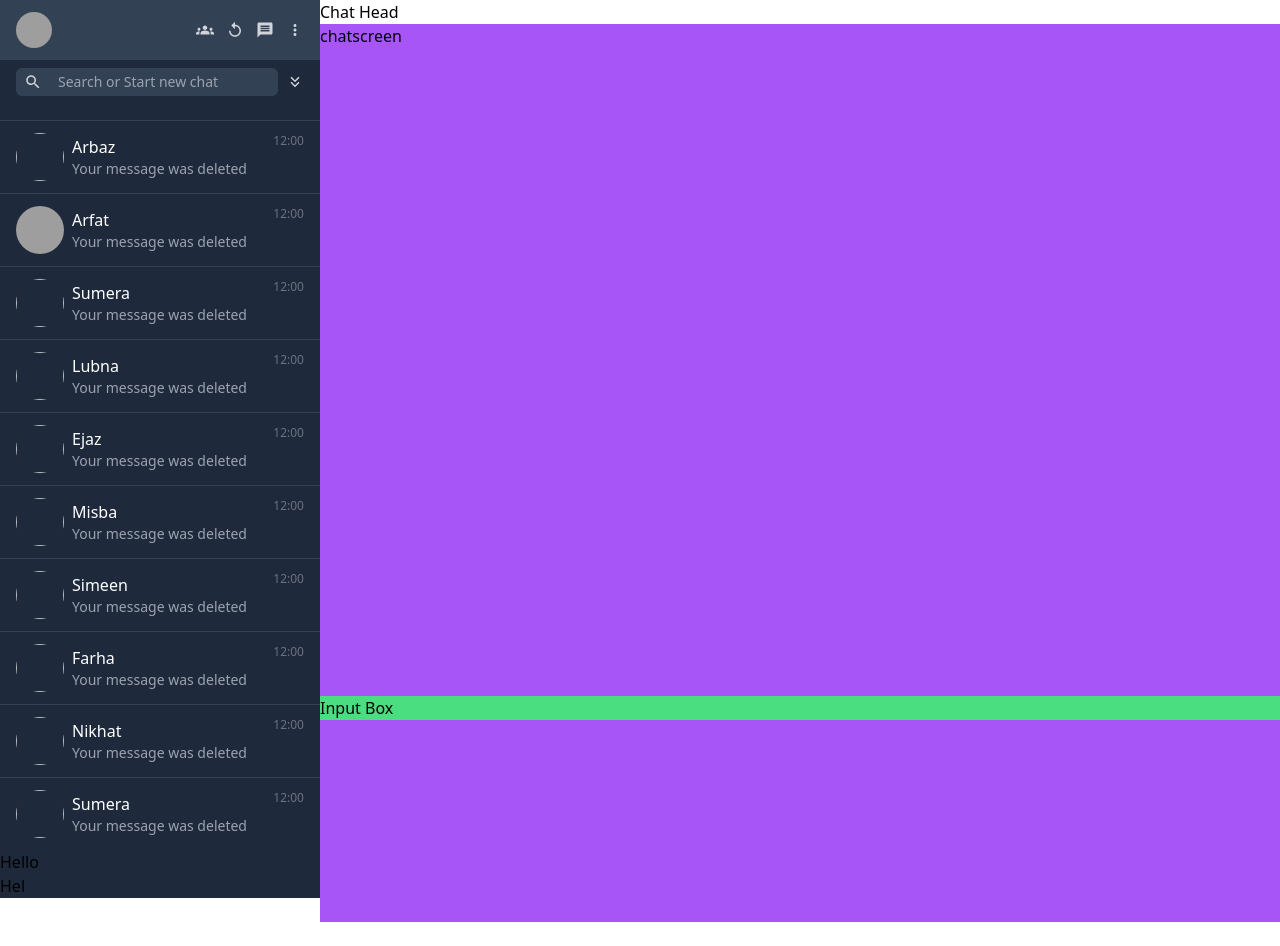
Repository: theanmol-raj/whatsapp
Page: /
An editor plug-in stored every save of this project. The page is shown before and after the next save, followed by the edit.
The browser window is 1280 px wide. The pictures show the whole page.
Pictures or frames that could not be fetched are drawn as grey boxes. The project was rebuilt for these pictures with package versions that can differ from the ones it lists, and the page was loaded fresh each time.

Above is the page before, as saved 2022-12-05 21:16:51.

### src/index.js
import React from 'react';
import ReactDOM from 'react-dom/client';
import './index.css';
import App from './App';






const root = ReactDOM.createRoot(document.getElementById('root'));

root.render(
  <App />
);

### src/App.js
import Homescreen from "./Screens/Homescreen";

function App() {

  return (
    <div className="h-screen w-screen bg-slate-900">
      <Homescreen />
      {/* LoginScreen */}
    </div>
  );
}

export default App;

### src/Screens/Homescreen.jsx
import React from 'react'
import ChatScreen from '../Components/ChatScreen'
import ContactList from '../Components/ContactList'

function Homescreen() {
  return (
    <div className=' w-full max-w-[95rem] grid grid-cols-4 h-screen bg-red-500 mx-auto'>
        {/* Contact List */}
            <ContactList />
        {/* Message Box */}
            <ChatScreen />

    </div>
  )
}

export default Homescreen

### src/Components/ChatScreen.jsx
import React from 'react'

function ChatScreen() {
  return (
    <div className=' bg-yellow-400 col-span-3 relative'>
        <div className=' w-full bg-white sticky top-0'>
                Chat Head
        </div>
        <div className=' h-full bg-purple-500'>
                chatscreen
        </div>
        <div className=' w-full sticky bottom-0 bg-green-400'>
                Input Box
        </div>
    </div>
  )
}

export default ChatScreen

### src/Components/ContactList.jsx
import React from 'react'
import GroupsIcon from '@mui/icons-material/Groups';
import ReplayIcon from '@mui/icons-material/Replay';
import MessageIcon from '@mui/icons-material/Message';
import MoreVertIcon from '@mui/icons-material/MoreVert';
import KeyboardDoubleArrowDownIcon from '@mui/icons-material/KeyboardDoubleArrowDown';
import SearchIcon from '@mui/icons-material/Search';
import ContactCard from './ContactCard';


function ContactList() {

  const ContactArray = [ { name : "Arfat" , img : `https://pps.whatsapp.net/v/t61.24694-24/312280018_169906322326594_541453286877171405_n.jpg?ccb=11-4&oh=01_AdQ1yNbSZqdVKcnMgMRJIHB1Ir-EPaz0J7QmOLxRvme0eg&oe=639896B0`} ,
  { name : "Ejaz" , img : `https://pps.whatsapp.net/v/t61.24694-24/298328542_766611371246745_4042993338047187675_n.jpg?ccb=11-4&oh=01_AdQ36FheWCyxcYyPJQ-xCOFR58A1-h-HbgN6dFXHd5YssQ&oe=639876BD`},
  { name : "Jay" , img : `https://pps.whatsapp.net/v/t61.24694-24/309614518_676409680674624_813590369321952386_n.jpg?ccb=11-4&oh=01_AdQbubsmhWacR9EVpPe10W9t9Xm3P9OgNLSLIcnwalFypA&oe=63989C85`}]

  const Arr = [<ContactCard showName="Sumera" /> , <p>Hello</p> ]

  return (
    <div className=' bg-slate-800'>
      <div className=' flex justify-between items-center p-3 px-4 bg-slate-700'>
        <img className=' rounded-full h-9 w-9' alt='' src="https://pps.whatsapp.net/v/t61.24694-24/158723607_419193396439292_5955373819812020282_n.jpg?stp=dst-jpg_s96x96&ccb=11-4&oh=01_AdRKjHR9ktMhs2HrAksQulr5trvWOTtpB53hlyDh0ZECbw&oe=63986EC2" />
        <div className=' flex text-gray-300 text-lg space-x-3'>
          <GroupsIcon fontSize='inherit' />
          <ReplayIcon fontSize='inherit' />
          <MessageIcon fontSize='inherit' />
          <MoreVertIcon fontSize='inherit' />
        </div>

      </div>
      <div className=' flex items-center text-gray-300 px-4 py-2 text-lg space-x-2'>
        <div className='flex items-center w-full bg-slate-700 space-x-4 px-2 py-1 rounded-md'>
          <SearchIcon fontSize='inherit' />
          <input placeholder='Search or Start new chat' className=' bg-transparent text-sm w-full' />
        </div>
        <KeyboardDoubleArrowDownIcon fontSize='inherit' />
      </div>

      <div className='mt-4'>
        <ContactCard showName="Arbaz" />
        <ContactCard showName="Arfat" showImg="https://pps.whatsapp.net/v/t61.24694-24/312280018_169906322326594_541453286877171405_n.jpg?ccb=11-4&oh=01_AdQ1yNbSZqdVKcnMgMRJIHB1Ir-EPaz0J7QmOLxRvme0eg&oe=639896B0" />
        <ContactCard showName="Sumera" />

        <ContactCard showName="Lubna" />
        <ContactCard showName="Ejaz" />
        <ContactCard showName="Misba" />
        <ContactCard showName="Simeen" />
        <ContactCard showName="Farha" />
        <ContactCard showName="Nikhat" />
          { [<ContactCard showName="Sumera" /> , <p>Hello</p> , "Hel" ]}

      </div>

    </div>
  )
}

export default ContactList

### src/Components/ContactCard.jsx
import React from 'react'




function ContactCard(props){
    console.log(props)


  return (
    <div className='text-gray-500 border-t py-3 border-slate-700 text-sm'>
        <div className=' flex justify-between mx-4'>
            <div className=' flex space-x-2 items-center'>
                <img className=' rounded-full h-12 w-12' alt='' src={props.showImg} />
                <div>
                    <p className=' text-white text-base'>{props.showName}</p>
                    <p className=' text-gray-400'> Your message was deleted</p>
                </div>
            </div>
            <div>
                <p className='text-xs '>12:00</p>
            </div>
        </div>
    </div>
  )
}

export default ContactCard

Loaded but not shown: public/index.html (common file); src/index.css (common file); tailwind.config.js (common file)

After the next save:
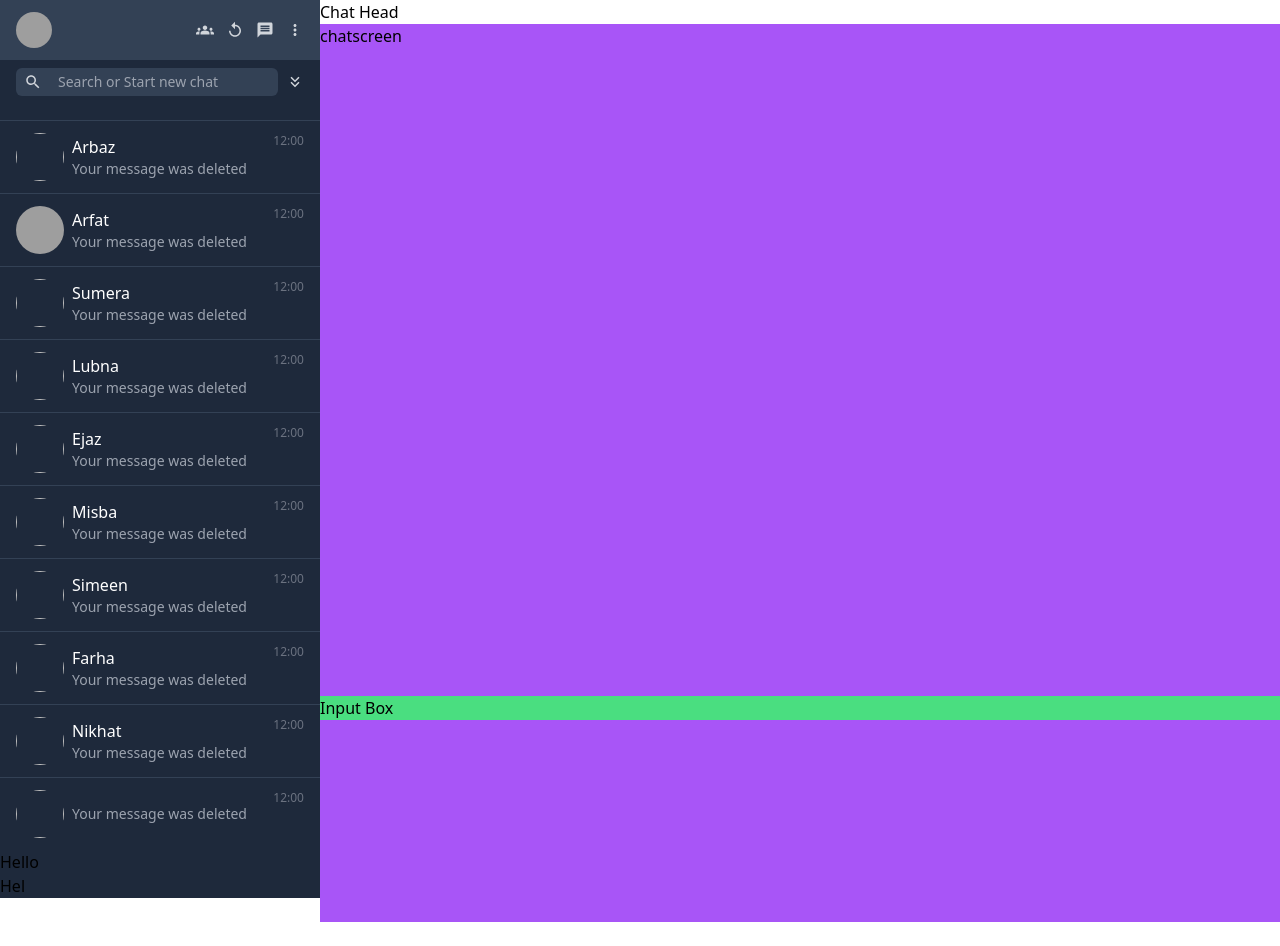
Saved 22 s later.
--- a/src/Components/ContactList.jsx
+++ b/src/Components/ContactList.jsx
@@ -47,7 +47,7 @@
         <ContactCard showName="Simeen" />
         <ContactCard showName="Farha" />
         <ContactCard showName="Nikhat" />
-          { [<ContactCard showName="Sumera" /> , <p>Hello</p> , "Hel" ]}
+          { [<ContactCard  /> , <p>Hello</p> , "Hel" ]}
 
       </div>
 

After the save that followed:
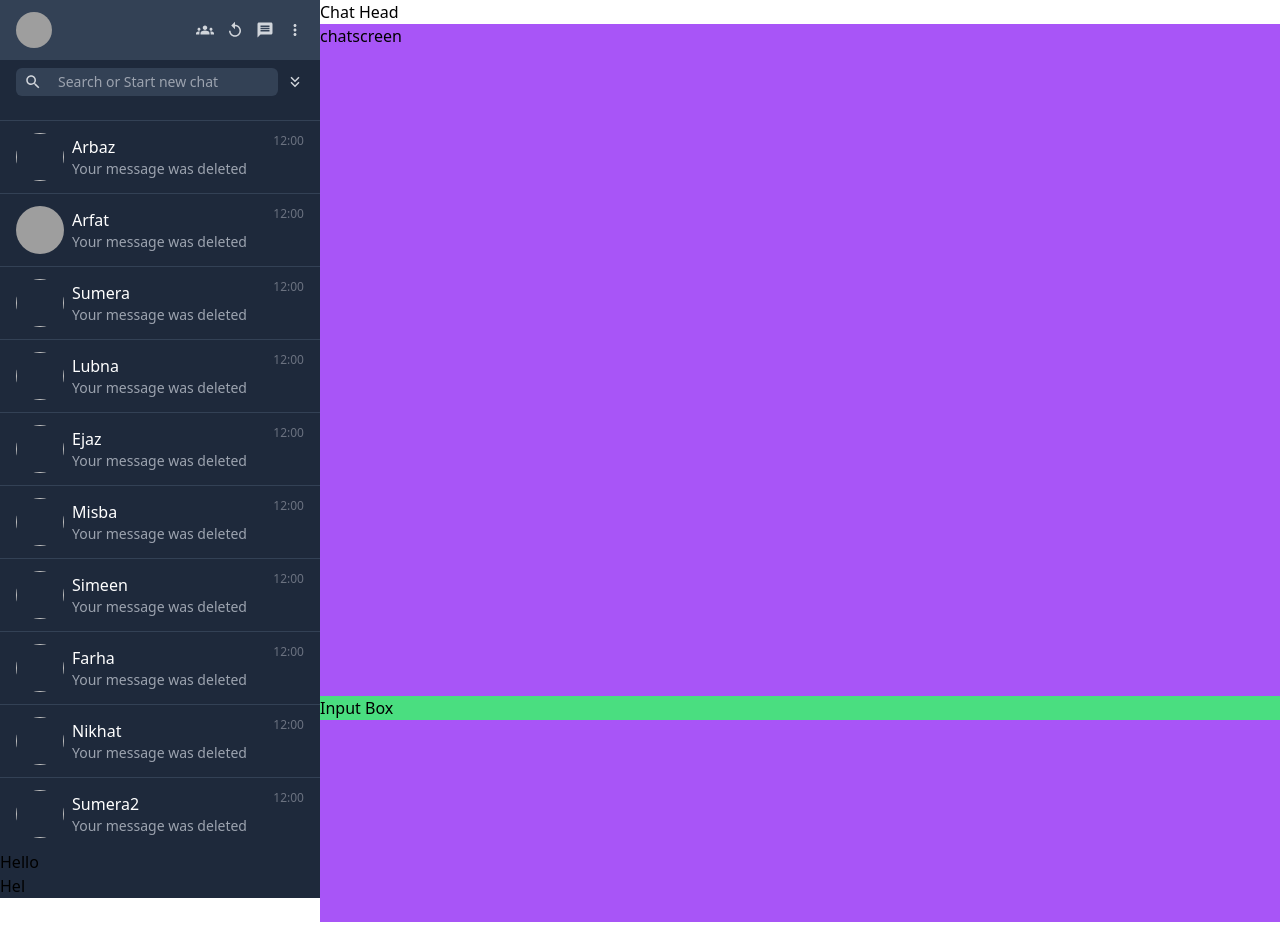
Saved 15 s later.
--- a/src/Components/ContactList.jsx
+++ b/src/Components/ContactList.jsx
@@ -47,7 +47,7 @@
         <ContactCard showName="Simeen" />
         <ContactCard showName="Farha" />
         <ContactCard showName="Nikhat" />
-          { [<ContactCard  /> , <p>Hello</p> , "Hel" ]}
+          { [<ContactCard showName="Sumera2" /> , <p>Hello</p> , "Hel" ]}
 
       </div>
 
